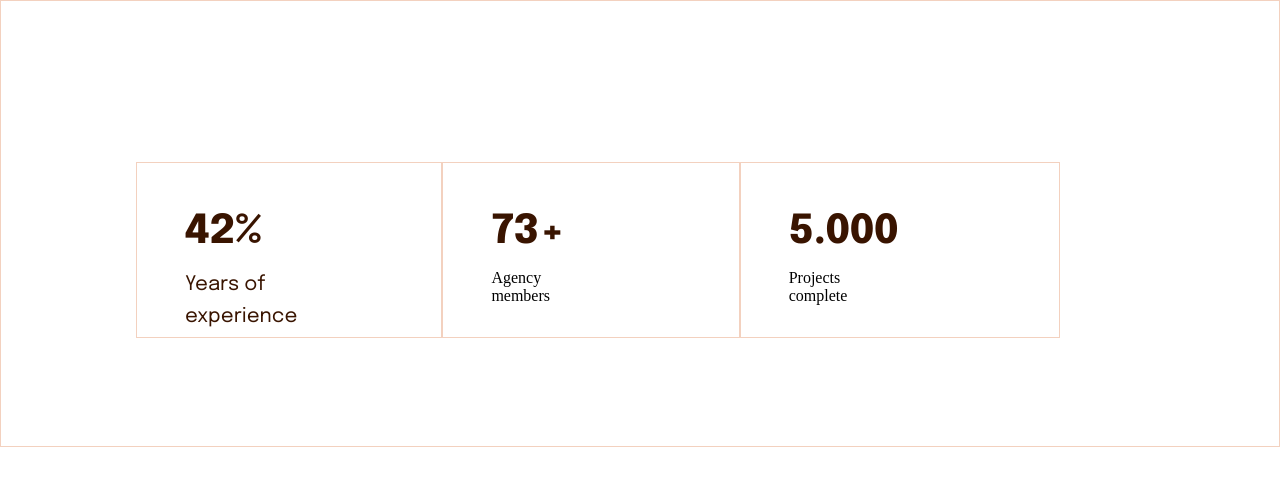
Repository: simralgasimov/task6
Page: index.html
The author's editor kept a copy of each file at every save. The page is drawn from the files as they stood at one save, then again after the next save.
The browser window is 1280 px wide. The pictures show the whole page.

Above is the page before, as saved 2023-08-30 13:10:55.

After the next save:
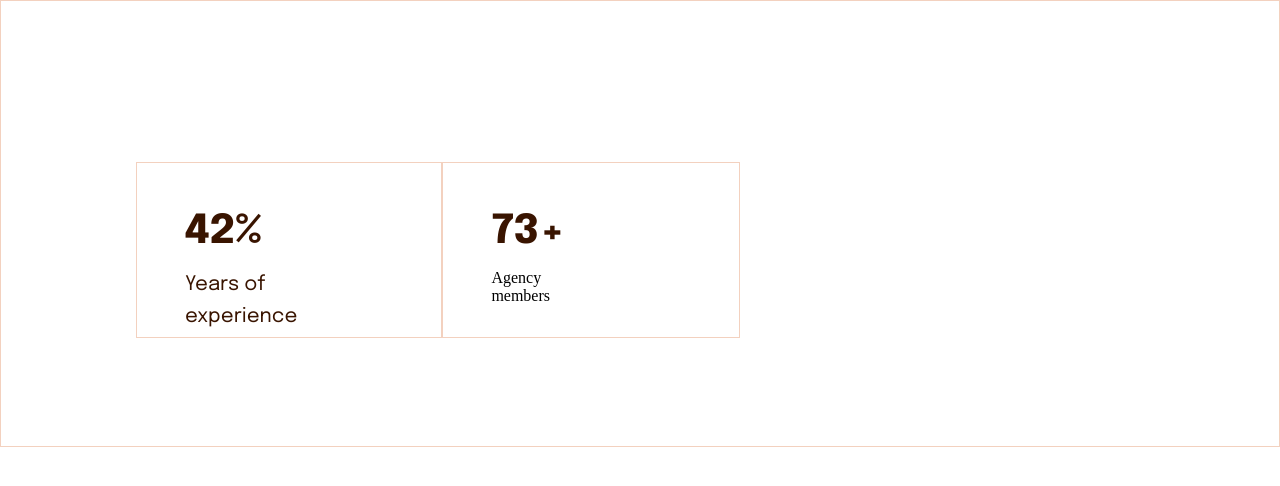
Saved 26 s later.
--- a/index.html
+++ b/index.html
@@ -19,10 +19,7 @@
                 <li class="box-2">
                     <h1>73+ </h1>
                     <p>Agency members </p>
-                <li class="box-3">
-                    <h1>5.000 </h1>
-                    <p>Projects complete </p>
-                </li>
+
                 </li>
             </ul>
         </div>

After the save that followed:
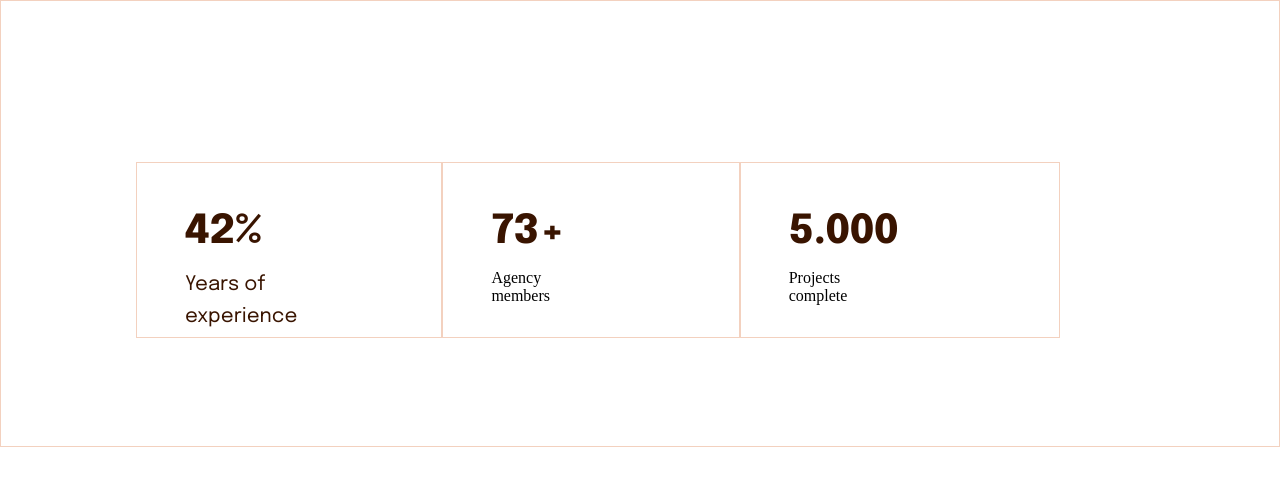
Saved 5 s later.
--- a/index.html
+++ b/index.html
@@ -21,6 +21,10 @@
                     <p>Agency members </p>
 
                 </li>
+                <li class="box-3">
+                    <h1>5.000 </h1>
+                    <p>Projects complete </p>
+                </li>
             </ul>
         </div>
         <div class="container-2"></div>
